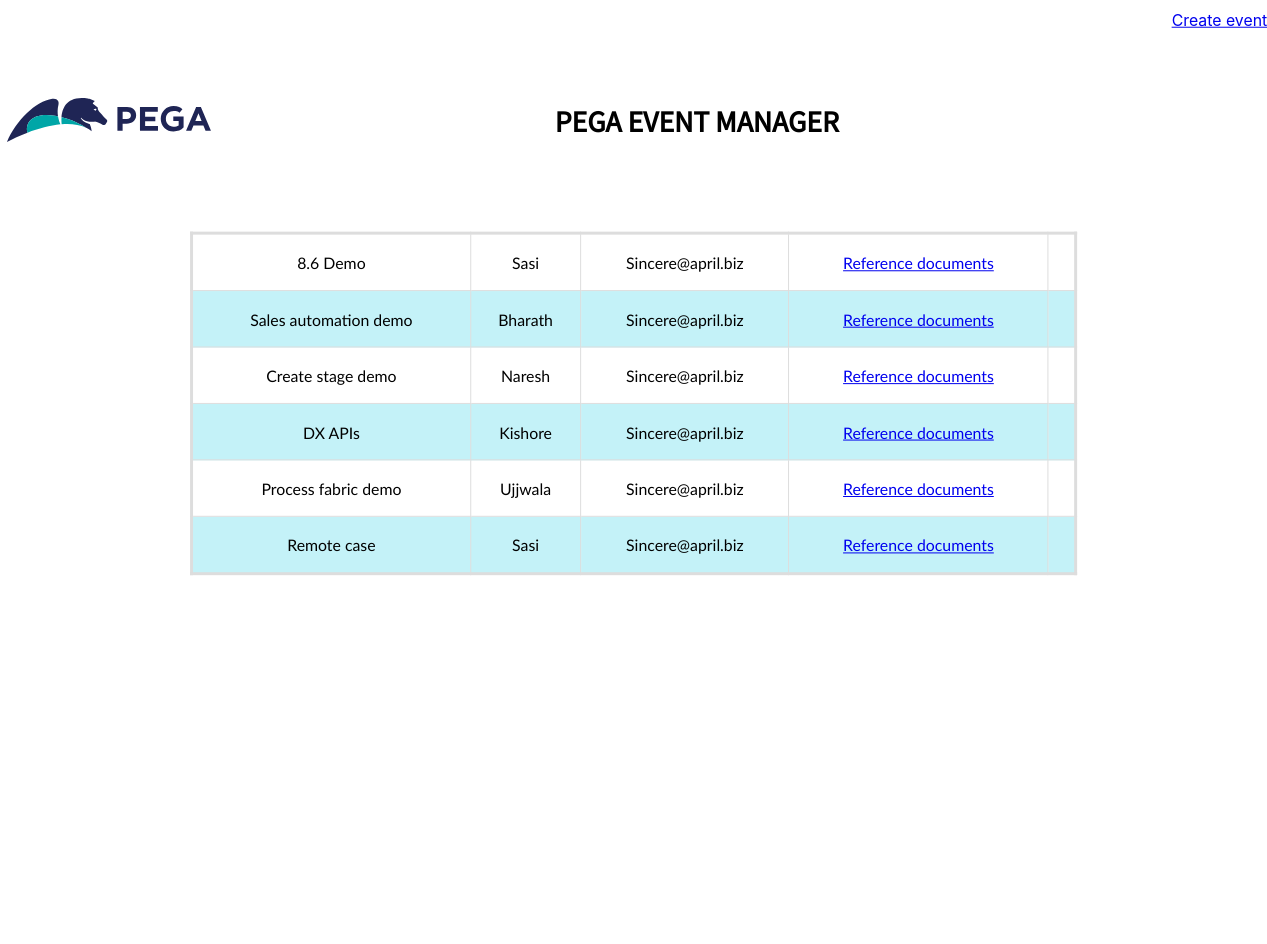
Repository: SasiVeeramachaneni/eventmanager
Page: /
The author's editor kept a copy of each file at every save. The page is drawn from the files as they stood at one save, then again after the next save.
The browser window is 1280 px wide. The pictures show the whole page, at 99% of full size.
The project was rebuilt for these pictures with package versions that can differ from the ones it lists, and the page was loaded fresh each time. Also part of the build but not shown: src/Card.js, src/Header.js.

Above is the page before, as saved 2020-09-02 23:34:14.

### src/index.js
import React from 'react';
import ReactDOM from 'react-dom';
import {BrowserRouter, Route, Switch, Link} from 'react-router-dom';
import './index.css';
import logo from './logo.svg';
import App from './App';
import './fonts/SourceSansPro-Regular.ttf'

const Header = () => (
  <div className="header">
    <div className="logo"><img src={logo} alt=""/></div>
    <div className="heading">PEGA EVENT MANAGER</div>
    <Link to="/create">Create event</Link>
  </div>
);


const AddEvent = () => (
  <div>
    My event
  </div>
);

const noRoute = () => (
  <div>
    404!-<Link to="/">Go home</Link>
  </div>
);

const routes = (
  <BrowserRouter>
  <div>
    <Header />
    <Switch>
      <Route path="/" component={App} exact={true}/>
      <Route path="/create" component={AddEvent} />
      <Route component={noRoute} />
    </Switch>
    </div>
  </BrowserRouter>
);

ReactDOM.render(
  routes,
  document.getElementById('root')
);

### src/App.js
import React from 'react';
import './App.css';
import Events from './Events';
import Header from './Header';

function App() {
  return (
    <div className="App">
      <div className="body">
        <Events />
      </div>

    </div>
  );
}

export default App;

### src/App.css
.App {
  height: 100vh;
  display: grid;
  grid-template-rows: 50px 1fr;
  width: 70%;
  margin-left: auto;
  margin-right: auto;
}

@font-face {
  font-family: 'SourceSansPro';
  src: local('SourceSansPro'), url(./fonts/SourceSansPro-Regular.ttf) format('truetype');
}


.container {
  padding: 2px 16px;
}

.cardList {
  display: flex;
  flex-direction: row;
  justify-content: center;
  max-width: 1000px;
  flex-wrap: wrap;
}

.header {
  display: flex;
  align-items: stretch;
  justify-content: space-evenly;
  padding-top: 10px;
}

.logo {
  flex-grow: 1;
  display: flex;
  align-items: center;
  justify-content: center;
}

.heading {
  flex-grow: 3;
  display: flex;
  align-items: center;
  justify-content: center;
  font-size: 30px;
  font-weight: bold;
  font-family: SourceSansPro;

}

.createbutton {
  width: 10rem;
  color: #FFF;
  background: #4BA7FE;
  border-radius: 8px;
  font-size: 15px;
  line-height: 24px;
  height: 2.5rem;
  position: relative;
  align-items: center;
  box-sizing: border-box;
  transition: all 0.4s ease-in-out;
  border: none;
  font-family: SourceSansPro;


}

.body {

}

#events {
  text-align: center;
  font-family: "Trebuchet MS", Arial, Helvetica, sans-serif;
  border-collapse: collapse;
  border: 3px solid #ddd;
  width: 100%;
}

#events td, #events th {
  border: 1px solid #ddd;
  padding: 8px;
  height: 40px;
}

#events tr:nth-child(even){background-color: #c4f2f8;}

#events tr:hover {background-color: #8AFFDD;}

#events th {
  padding-top: 12px;
  padding-bottom: 12px;
  text-align: center;
  background-color: #4CAF50;
  color: white;
}

### src/Events.js
import React, { Component } from 'react'
import './App.css';
import Card from './Card';


  const CardList = ({ robots }) => {
    const cardsArray = robots.map(robot => (
      <Card
        name={robot.name}
        email={robot.email}
        username={robot.username}
        id={robot.id} />
    ));

    return (
      <div className="cardList">
        {cardsArray}
      </div>
    );
  };

  function Events2() {
      return(
        <CardList />
      );
  }


  class Events extends Component {
    constructor(props) {
       super(props) //since we are extending class Table so we have to use super in order to override Component class constructor
       this.state = { //state is by default an object
          students: [
            {
              id: 1,
              name: "8.6 Demo",
              username: "Sasi",
              email: "Sincere@april.biz",
              document: "www.box.com",
              subsribe: true
            },
            {
              id: 2,
              name: "Sales automation demo",
              username: "Bharath",
              email: "Sincere@april.biz",
              document: "www.box.com",
              subsribe: false

            },
            {
              id: 3,
              name: "Create stage demo",
              username: "Naresh",
              email: "Sincere@april.biz",
              document: "www.box.com",
              subsribe: false
            },
            {
                id: 4,
                name: "DX APIs",
                username: "Kishore",
                email: "Sincere@april.biz",
                document: "www.box.com",
                subsribe: true
            },
            {
                id: 5,
                name: "Process fabric demo",
                username: "Ujjwala",
                email: "Sincere@april.biz",
                document: "www.box.com",
                subsribe: false
            },
            {
                id: 6,
                name: "Remote case",
                username: "Sasi",
                email: "Sincere@april.biz",
                document: "www.box.com",
                subsribe: true
            },
          ]
       }
    }

    renderTableData() {
      return this.state.students.map((student, index) => {
         const { id, name, username, email, document, subscribe } = student //destructuring
         return (
            <tr key={id}>
               <td>{name}</td>
               <td>{username}</td>
               <td>{email}</td>
               <td>
                  <a href="www.box.com" target="_blank" rel="nofollow">
                  Reference documents
                  </a>
                </td>
               <td>{subscribe}</td>
            </tr>
         )
      })
   }

   render() {
      return (
         <div>
            <table id='events'>
               <tbody>
                  {this.renderTableData()}
               </tbody>
            </table>
         </div>
      )
   }
 }

  export default Events;

### src/Card.css
.card {
    box-shadow: 0 4px 8px 0 rgba(0,0,0,0.2);
    transition: 0.3s;
    width: 300px;
    padding: 5px;
    margin-left: 5px;
    margin-right:5px;
    margin-top: 10px;
    border-radius: 8px;
  }

  .card:hover {
    box-shadow: 0 8px 16px 0 rgba(0,0,0,0.2);
  }


  .inlineCard {
    display: flex;
    flex-direction: column;
    align-items: center;
    justify-content: center;
  }

  .topline {
    padding-top: 10px;
    padding-left:5px;
    padding-right: 5px;
    display: flex;
    align-items: flex-start;
    justify-content: space-between;
  }


  .time {
    font-size: 14px;
}

@font-face {
    font-family: 'SourceSansPro';
    src: local('SourceSansPro'), url(./fonts/SourceSansPro-Regular.ttf) format('truetype');
  }


  .userName{
    font-family: SourceSansPro;
    font-size:14px;

  }
.unsubscribe {
    width: 10rem;
    color: #FFF;
    background: #bbc2c9;
    border-radius: 8px;
    font-size: 15px;
    line-height: 24px;
    height: 2.5rem;
    position: relative;
    align-items: center;
    box-sizing: border-box;
    transition: all 0.4s ease-in-out;
    border: none;
    font-family: SourceSansPro;
    margin-top: 10px;
    margin-bottom: 2px;

  }

  .subscribe {
    width: 10rem;
    color: #FFF;
    background: #4BA7FE;
    border-radius: 8px;
    font-size: 15px;
    line-height: 24px;
    height: 2.5rem;
    position: relative;
    align-items: center;
    box-sizing: border-box;
    transition: all 0.4s ease-in-out;
    border: none;
    font-family: SourceSansPro;
    margin-top: 10px;
    margin-bottom: 2px;

  }

Loaded but not shown: public/index.html (common file); src/index.css (common file)

After the next save:
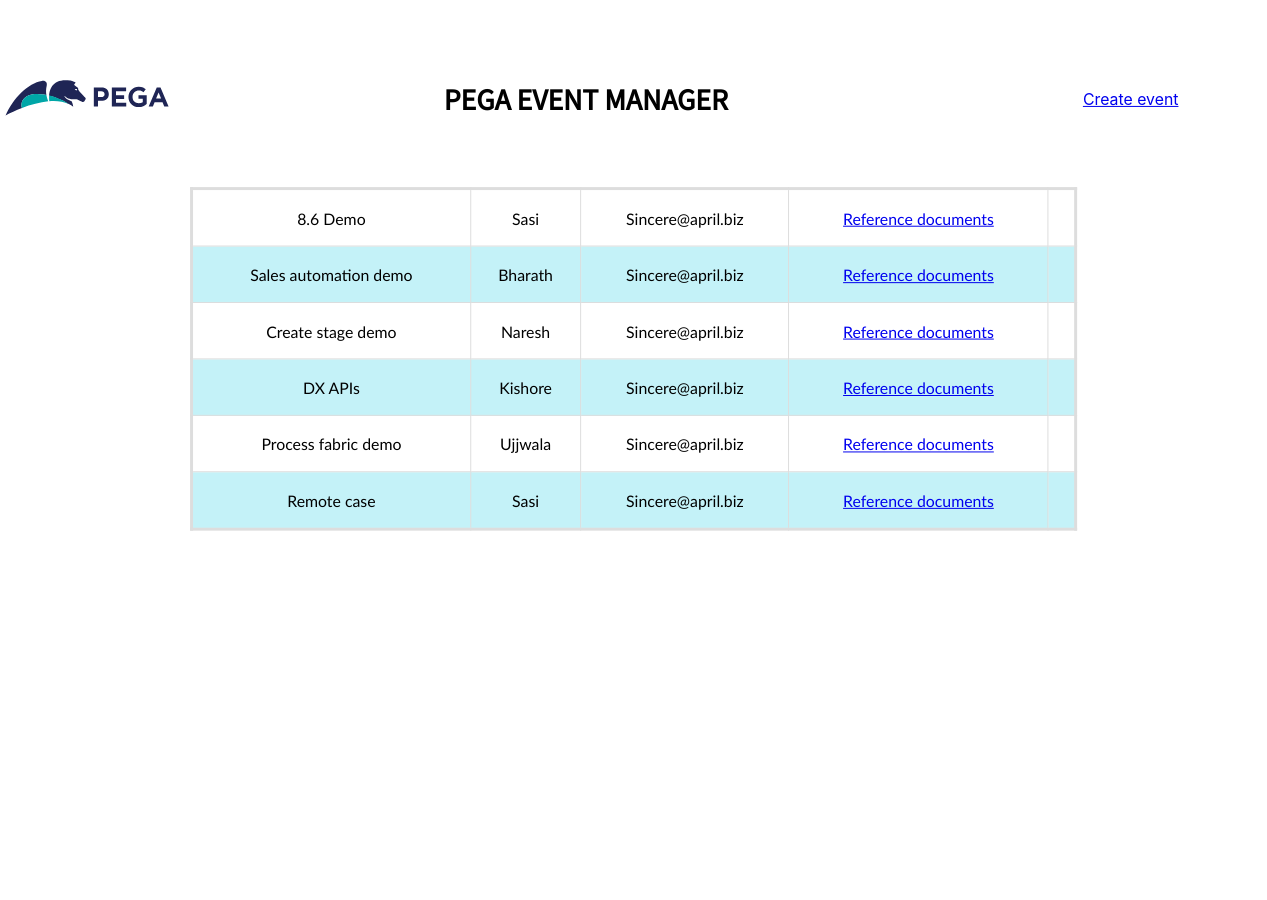
Saved 29 s later.
--- a/src/index.js
+++ b/src/index.js
@@ -10,7 +10,7 @@
   <div className="header">
     <div className="logo"><img src={logo} alt=""/></div>
     <div className="heading">PEGA EVENT MANAGER</div>
-    <Link to="/create">Create event</Link>
+    <div className="logo"><Link to="/create">Create event</Link></div>
   </div>
 );
 
